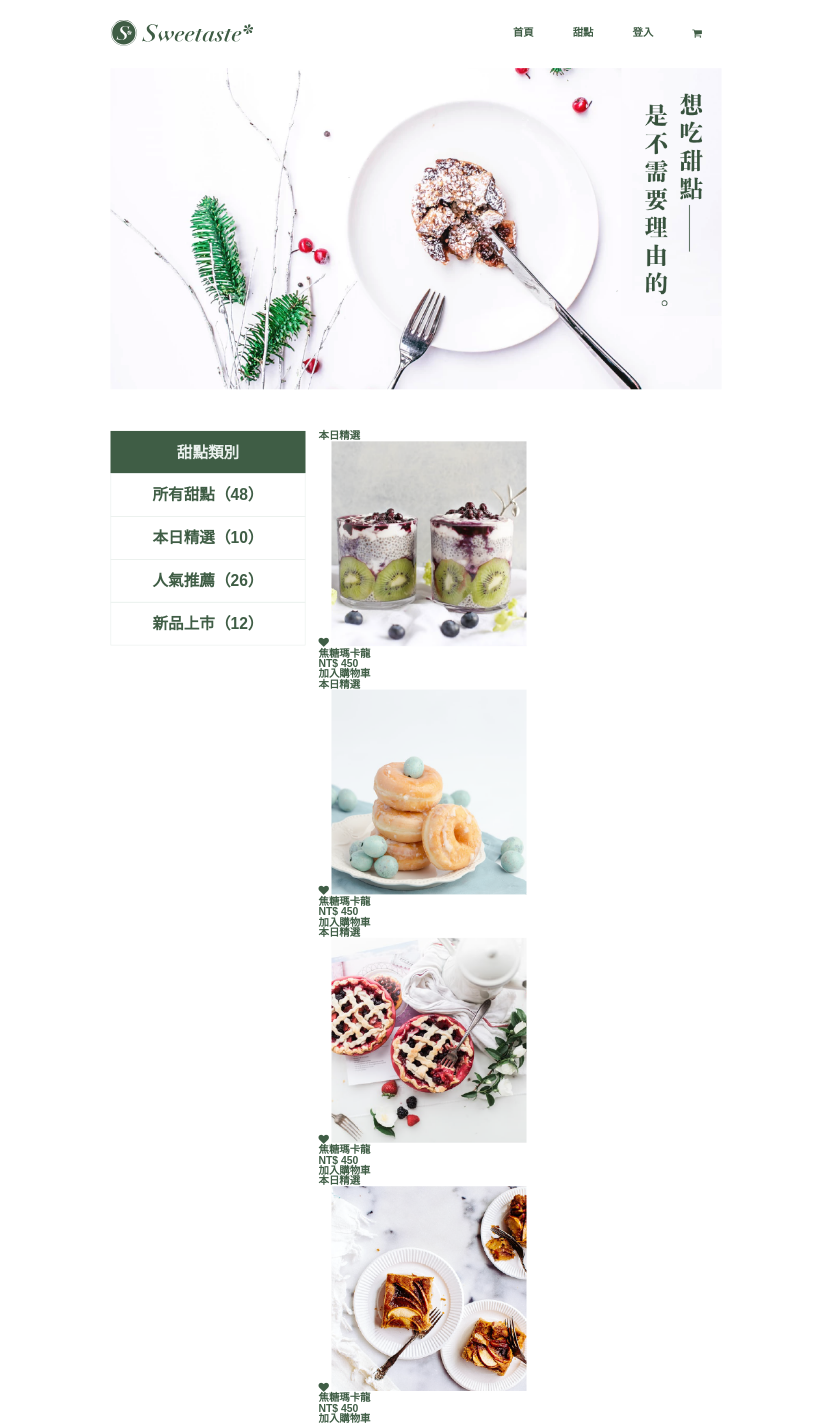
Repository: michelle61219/Sweets
Page: index.html
These files come from the project's save history. The page is drawn as it stood at one moment and after the next save; the edit follows.
The browser window is 1280 px wide. The pictures show the whole page, at 65% of full size.

Above is the page before, as saved 2021-06-13 15:17:55.

After the next save:
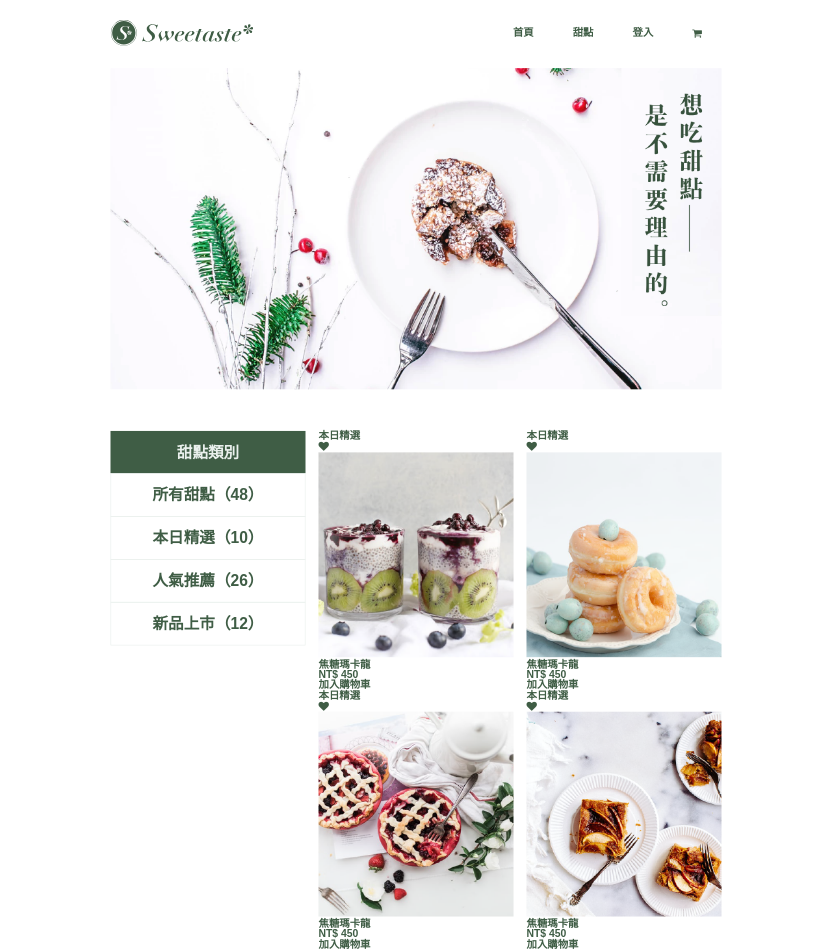
Saved 11 s later.
--- a/style.css
+++ b/style.css
@@ -218,6 +218,6 @@ a {
 	flex-wrap: wrap;
 	justify-content: space-between;
 }
-productList-card li {
+.productList-card li {
 	width: 300px;
 }
